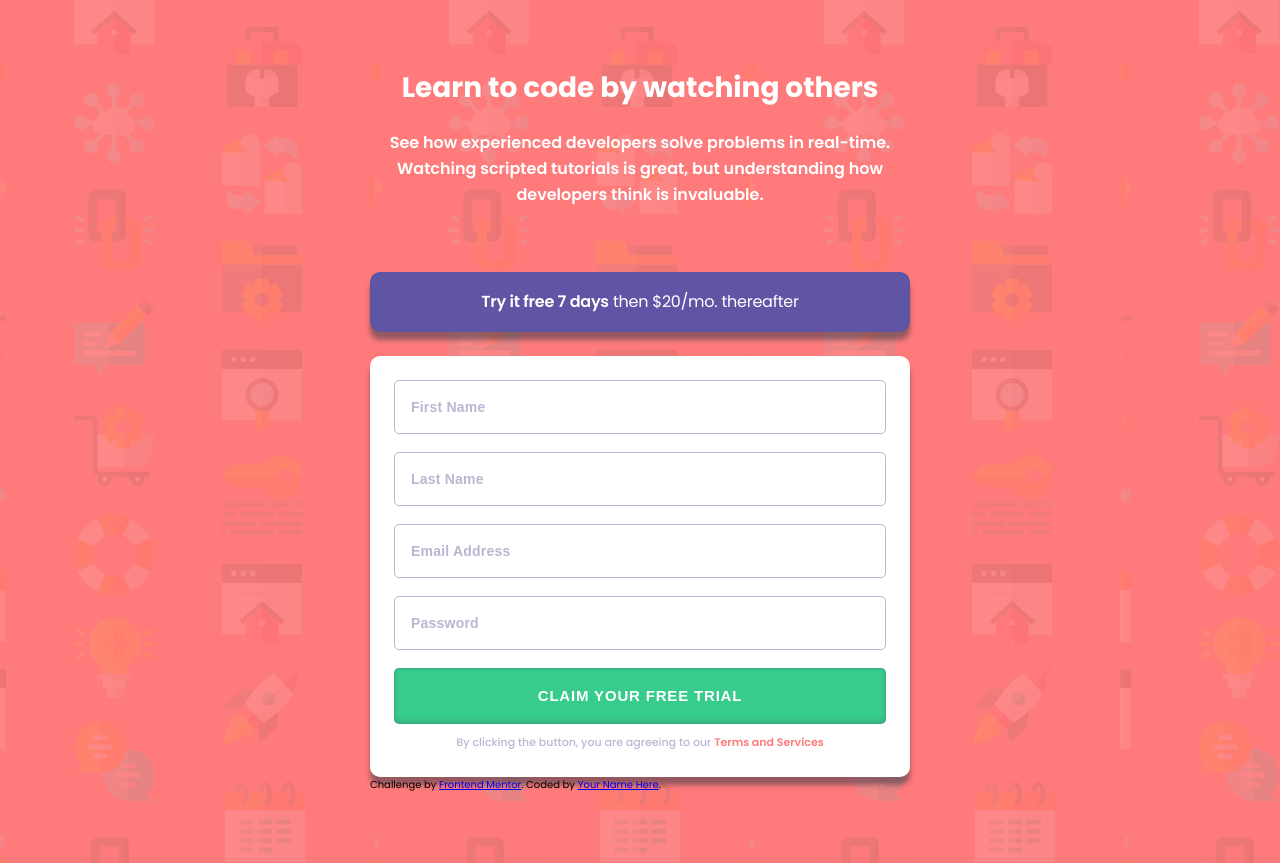
Repository: cipdanila/intro-component-with-sign-up-form
Page: v_makhadu/index.html
An editor plug-in stored every save of this project. The page is shown before and after the next save, followed by the edit.
The browser window is 1280 px wide. The pictures show the whole page.

Above is the page before, as saved 2024-02-20 17:07:03.

### v_makhadu/index.html
<!DOCTYPE html>
<html lang="en">
    <head>
        <meta charset="UTF-8" />
        <meta name="viewport" content="width=device-width, initial-scale=1.0" />
        <!-- displays site properly based on user's device -->

        <link rel="icon" type="image/png" sizes="32x32" href="./images/favicon-32x32.png" />
        <link rel="stylesheet" href="./styles.css" />

        <title>Frontend Mentor | Intro component with sign up form</title>
    </head>
    <body>
        <header>
            <h1>Learn to code by watching others</h1>
            <p>
                See how experienced developers solve problems in real-time. Watching scripted tutorials is great, but
                understanding how developers think is invaluable.
            </p>
        </header>
        <main>
            <div class="info">
                <span><b>Try it free 7 days</b> then $20/mo. thereafter</span>
            </div>
            <form action="#" method="post">
                <div>
                    <input type="text" name="firstName" id="firstName" placeholder="First Name" autocomplete="off" />
                    <img src="./images/icon-error.svg" alt="" aria-hidden="true" id="alertInfo" />
                    <span class="alert">First Name cannot be empty</span>
                </div>
                <div>
                    <input type="text" name="lastName" id="lastName" placeholder="Last Name" autocomplete="off" />
                    <img src="./images/icon-error.svg" alt="" aria-hidden="true" id="alertInfo" />
                    <span class="alert">Last Name cannot be empty</span>
                </div>
                <div>
                    <input type="text" name="email" id="email" placeholder="Email Address" autocomplete="off" />
                    <img src="./images/icon-error.svg" alt="" aria-hidden="true" id="alertInfo" />
                    <span class="alert">Email Address cannot be empty</span>
                </div>
                <div>
                    <input type="password" name="password" id="password" placeholder="Password" autocomplete="off" />
                    <img src="./images/icon-error.svg" alt="" aria-hidden="true" id="alertInfo" />
                    <span class="alert">Password cannot be empty</span>
                </div>
                <button type="submit">Claim your free trial</button>
                <div class="terms">
                    <span>By clicking the button, you are agreeing to our <b>Terms and Services</b></span>
                </div>
            </form>
        </main>

        <footer>
            <p class="attribution">
                Challenge by
                <a href="https://www.frontendmentor.io?ref=challenge" target="_blank" rel="noopener">Frontend Mentor</a>. Coded by
                <a href="#">Your Name Here</a>.
            </p>
        </footer>
        <script src="./script.js"></script>
    </body>
</html>

### v_makhadu/styles.css
@import url("https://fonts.googleapis.com/css2?family=Poppins:wght@400;500;600;700&display=swap");

:root {
    --Red: hsl(0, 100%, 74%);
    --Green: hsl(154, 59%, 51%);
    --Blue: hsl(248, 32%, 49%);
    --Dark-Blue: hsl(249, 10%, 26%);
    --Grayish-Blue: hsl(246, 25%, 77%);

    font-size: 62.5%;
}

* {
    margin: 0;
    padding: 0;
    box-sizing: border-box;
}

body {
    font-family: "Poppins", sans-serif;
    background-image: url("./images/bg-intro-mobile.png");
    background-color: var(--Red);
    padding: 7rem 2.4rem;
    min-height: 100vh;
    display: grid;
    max-width: 58.8rem;
    margin: 0 auto;
}

header h1 {
    font-weight: 700;
    font-size: 2.8rem;
    line-height: 3.6rem;
    text-align: center;
    color: white;
    margin-bottom: 2.4rem;
}

header p {
    font-weight: 600;
    font-size: 1.6rem;
    line-height: 2.6rem;
    text-align: center;
    color: white;
    margin-bottom: 6.4rem;
}

main div.info {
    background: var(--Blue);
    padding: 1.8rem 7.2rem;
    border-radius: 1rem;
    margin-bottom: 2.4rem;
    box-shadow: 0px 8px 5px rgba(62, 60, 73, 0.55);
}

main div.info span {
    display: block;
    font-weight: 400;
    font-size: 1.6rem;
    line-height: 2.4rem;
    text-align: center;
    letter-spacing: -0.015em;
    color: white;
}

main div.info span b {
    font-weight: 600;
}

main form {
    background: white;
    padding: 2.4rem;
    border-radius: 1rem;
    box-shadow: 0px 8px 5px rgba(62, 60, 73, 0.55);
}

main form div {
    position: relative;
    margin-bottom: 1.8rem;
}

main form div input {
    width: 100%;
    height: 5.4rem;
    padding: 0 1.6rem;
    outline: none;
    border: 1px solid var(--Grayish-Blue);
    border-radius: 0.5rem;
    font-weight: 600;
    font-size: 1.4rem;
    line-height: 2.1rem;
    letter-spacing: 0.015em;
    color: var(--Dark-Blue);
}

main form div input::placeholder {
    color: var(--Grayish-Blue);
}

main form div input:focus {
    border-color: var(--Dark-Blue);
}

main form div img {
    position: absolute;
    top: 22%;
    right: 1.6rem;
    display: none;
}

main form div span.alert {
    display: none;
    text-align: right;
    font-style: italic;
    font-weight: 500;
    font-size: 1.1rem;
    line-height: 1.6rem;
    color: var(--Red);
    padding-top: 0.6rem;
}

main form button {
    width: 100%;
    height: 5.6rem;
    background-color: var(--Green);
    border: 0;
    border-radius: 0.5rem;
    font-weight: 600;
    font-size: 1.5rem;
    line-height: 2.2rem;
    letter-spacing: 0.055em;
    color: white;
    text-transform: uppercase;
    cursor: pointer;
    margin-bottom: 0.8rem;
    box-shadow: inset 0px 1px 3px rgb(62 60 73 / 21%), inset 0px -3px 5px rgb(62 60 73 / 21%);
    transition: all 0.3s ease-in-out;
}

main form button:hover {
    background: hsla(154, 59%, 51%, 80%);
}

main div.terms {
    color: var(--Grayish-Blue);
    padding: 0 1.6rem;
    margin: 0;
}

main div.terms span {
    display: block;
    text-align: center;
    font-weight: 500;
    font-size: 1.1rem;
    line-height: 2.1rem;
}

main div.terms span b {
    font-weight: 600;
    color: var(--Red);
}

.block {
    display: block !important;
}

.errInput {
    border-color: var(--Red);
}

@media screen and (min-width: 1440px) {
    body {
        background-image: url("./images/bg-intro-desktop.png");
        max-width: 100%;
        padding: 12.1rem 16.5rem 0;
        grid-template-columns: 51rem 54rem;
        grid-template-rows: max-content;
        gap: 6rem;
    }

    header {
        display: grid;
        place-content: center;
    }

    header h1 {
        font-size: 5rem;
        line-height: 5.5rem;
        text-align: left;
        margin-bottom: 2.8rem;
        letter-spacing: -0.01em;
    }

    header p {
        text-align: left;
        margin: 0;
    }

    main form {
        padding: 4rem;
    }

    main form div {
        margin-bottom: 2rem;
    }

    main form div input {
        height: 5.6rem;
        padding: 0 3.2rem;
    }

    main form div img {
        top: 25%;
        right: 3.2rem;
    }

    main form button {
        margin-bottom: 1.4rem;
    }
}

Loaded but not shown: v_makhadu/script.js (no copy from this time; the picture is the same without it)

After the next save:
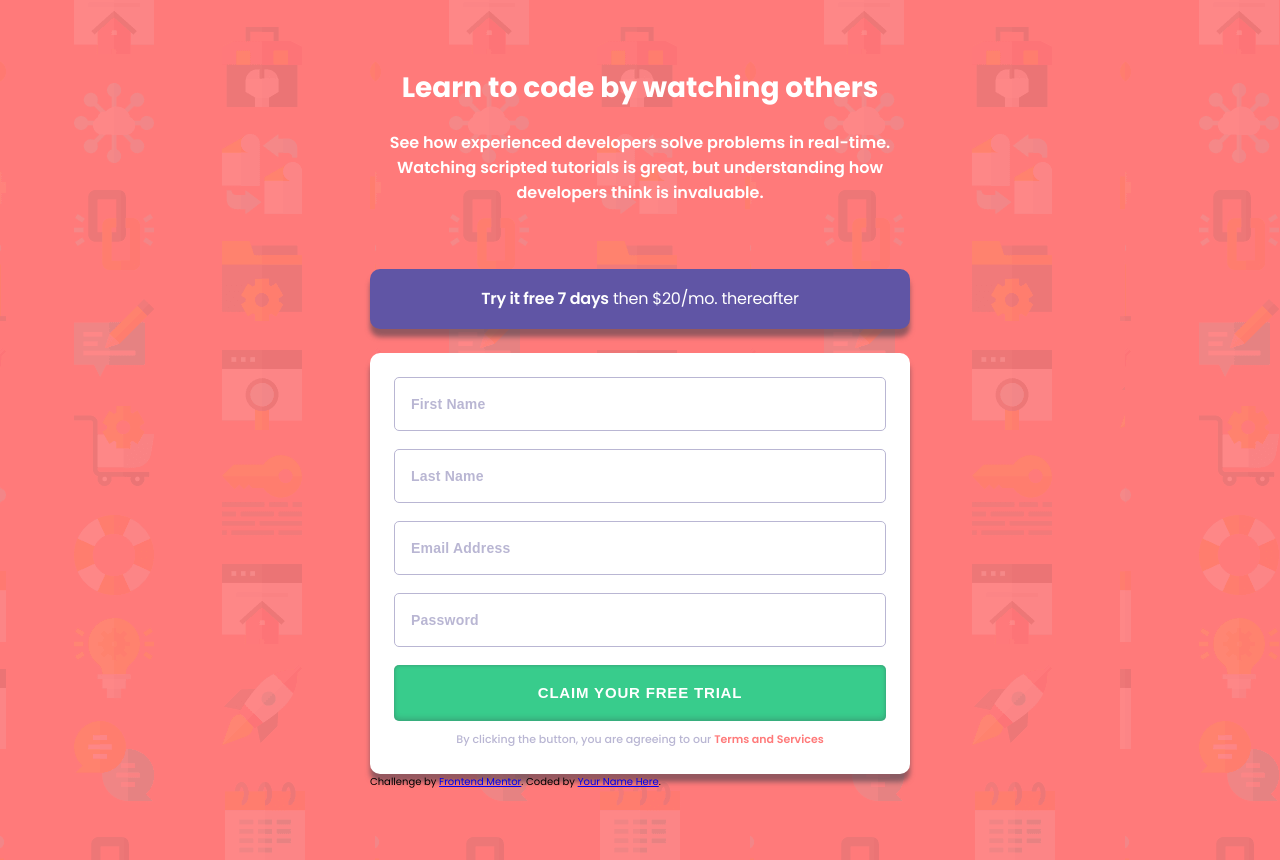
Saved 38 s later.
--- a/v_makhadu/styles.css
+++ b/v_makhadu/styles.css
@@ -39,7 +39,7 @@
 header p {
     font-weight: 600;
     font-size: 1.6rem;
-    line-height: 2.6rem;
+    line-height: 2.5rem;
     text-align: center;
     color: white;
     margin-bottom: 6.4rem;
